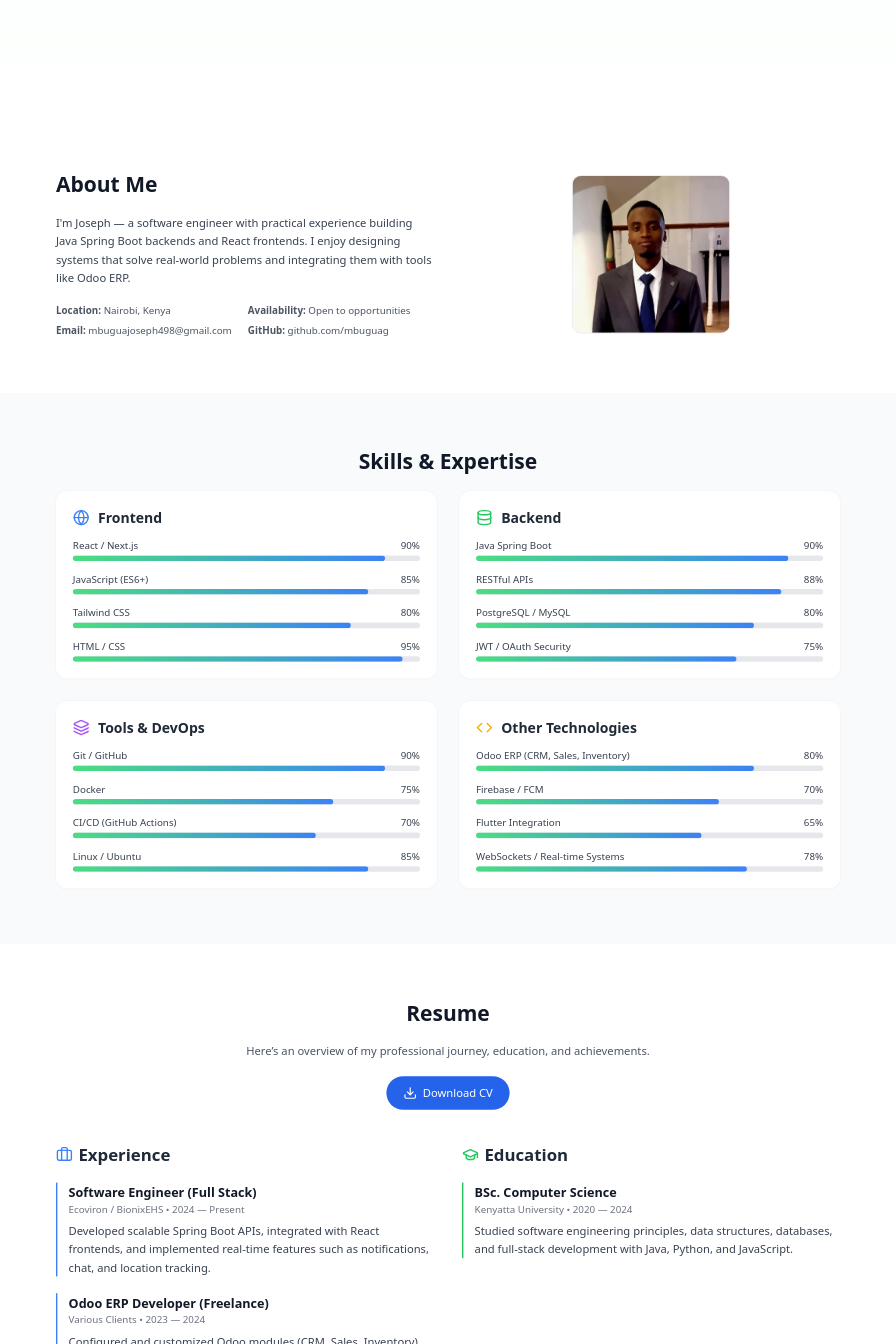
Repository: mbuguag/Portfolio
Page: /
The author's editor kept a copy of each file at every save. The page is drawn from the files as they stood at one save, then again after the next save.
The browser window is 1280 px wide. The pictures show the part of the page from y = 619 to 2539 px (the page is 4209 px tall before and 1572 px after), at 70% of full size.
The project was rebuilt for these pictures with package versions that can differ from the ones it lists, and the page was loaded fresh each time. Also part of the build but not shown: vite.config.js, src/pages/Resume.jsx.

Above is the page before, as saved 2025-10-24 12:09:39.

### index.html
<!doctype html>
<html lang="en">
  <head>
    <meta charset="UTF-8" />
    <link rel="icon" type="image/svg+xml" href="/vite.svg" />
    <meta name="viewport" content="width=device-width, initial-scale=1.0" />
    <title>dev-portfolio</title>
  </head>
  <body>
    <div id="root"></div>
    <script type="module" src="/src/main.jsx"></script>
  </body>
</html>

### src/main.jsx
import React from "react";
import ReactDOM from "react-dom/client";
import App from "./App";
import "./index.css";
import ThemeProvider from "./context/ThemeContext";

ReactDOM.createRoot(document.getElementById("root")).render(
  <React.StrictMode>
    <ThemeProvider>
      <App />
    </ThemeProvider>
  </React.StrictMode>
);

### src/App.jsx
import React from "react";
import Navbar from "./components/Navbar";
import Hero from "./components/Hero";
import About from "./components/About";
import Skills from "./components/Skills";
import Resume from "./components/Resume";
import Projects from "./components/Projects";
import Contact from "./components/Contact";
import Footer from "./components/Footer";

export default function App() {
  return (
    <div className="antialiased">
      <Navbar />
      <main className="pt-16">
        <Hero />
        <About />
        <Skills />
        <Resume />
        <Projects />
        <Contact />
      </main>
      <Footer />
    </div>
  );
}

### src/index.css
@tailwind base;
@tailwind components;
@tailwind utilities;

/* Global */
:root {
  scroll-behavior: smooth;
}

body {
  @apply bg-white text-gray-900 dark:bg-gray-900 dark:text-gray-100 font-sans;
}

/* container helper */
.container {
  @apply max-w-6xl mx-auto px-4;
}

/* small utility */
.section-title {
  @apply text-3xl font-semibold mb-6;
}

.card {
  @apply bg-white dark:bg-gray-800 rounded-xl shadow-sm overflow-hidden;
}

### src/context/ThemeContext.jsx
import React, { createContext, useEffect, useState } from "react";

export const ThemeContext = createContext();

export default function ThemeProvider({ children }) {
  const [theme, setTheme] = useState(() => localStorage.getItem("theme") || "light");

  useEffect(() => {
    document.documentElement.classList.toggle("dark", theme === "dark");
    localStorage.setItem("theme", theme);
  }, [theme]);

  const toggleTheme = () => setTheme((prev) => (prev === "light" ? "dark" : "light"));

  return (
    <ThemeContext.Provider value={{ theme, toggleTheme }}>
      {children}
    </ThemeContext.Provider>
  );
}

### src/components/Navbar.jsx
import React, { useContext } from "react";
import { ThemeContext } from "../context/ThemeContext";
import { Moon, Sun } from "lucide-react";

export default function Navbar() {
  const { theme, toggleTheme } = useContext(ThemeContext);

  return (
    <header className="fixed top-0 w-full bg-white/80 dark:bg-gray-900/80 backdrop-blur-md shadow-sm z-50">
      <nav className="container flex items-center justify-between py-4">
        <h1 className="text-xl font-bold text-green-600 dark:text-green-400">Joseph Mbugua</h1>

        <ul className="hidden md:flex gap-8 text-gray-700 dark:text-gray-200">
          {["Home", "About", "Skills", "Resume","Projects", "Contact"].map((item) => (
            <li key={item}>
              <a
                href={`#${item.toLowerCase()}`}
                className="hover:text-green-500 transition-colors duration-300"
              >
                {item}
              </a>
            </li>
          ))}
        </ul>

        {/* Toggle button */}
        <button
          onClick={toggleTheme}
          className="ml-6 p-2 rounded-full hover:bg-gray-200 dark:hover:bg-gray-800 transition"
        >
          {theme === "light" ? <Moon size={20} /> : <Sun size={20} />}
        </button>
      </nav>
    </header>
  );
}

### src/components/Hero.jsx
import React from "react";

export default function Hero() {
  return (
    <section id="home" className="min-h-screen flex items-center justify-center bg-gradient-to-b from-green-50 to-white dark:from-gray-900 dark:to-gray-800">
      <div className="text-center space-y-6 px-6">
        <h1 className="text-4xl md:text-6xl font-extrabold text-gray-900 dark:text-white">
          Hi, I’m <span className="text-green-600 dark:text-green-400">Joseph Mbugua</span>
        </h1>
        <p className="text-lg md:text-xl text-gray-600 dark:text-gray-300">
          Software Engineer | Java Spring Boot | React | Odoo ERP Integration
        </p>
        <div className="flex justify-center gap-4">
          <a
            href="#projects"
            className="bg-green-600 text-white px-6 py-3 rounded-lg shadow hover:bg-green-700 transition"
          >
            View My Work
          </a>
          <a
            href="#contact"
            className="border border-green-600 text-green-600 dark:text-green-400 px-6 py-3 rounded-lg hover:bg-green-600 hover:text-white transition"
          >
            Contact Me
          </a>
        </div>
      </div>
    </section>
  );
}

### src/components/About.jsx
import React from "react";

export default function About() {
  return (
    <section id="about" className="py-20">
      <div className="container grid md:grid-cols-2 gap-10 items-center">
        <div>
          <h2 className="section-title">About Me</h2>
          <p className="text-gray-700 dark:text-gray-300 leading-relaxed">
            I'm Joseph — a software engineer with practical experience building
            Java Spring Boot backends and React frontends.
            I enjoy designing systems that solve real-world problems and integrating
            them with tools like Odoo ERP.
          </p>

          <ul className="mt-6 grid grid-cols-2 gap-2 text-sm text-gray-600 dark:text-gray-400">
            <li><strong>Location:</strong> Nairobi, Kenya</li>
            <li><strong>Availability:</strong> Open to opportunities</li>
            <li><strong>Email:</strong> mbuguajoseph498@gmail.com</li>
            <li><strong>GitHub:</strong> github.com/mbuguag</li>
          </ul>
        </div>

        <div className="flex justify-center">
          <div className="w-56 h-56 rounded-xl overflow-hidden ring-1 ring-gray-200 dark:ring-gray-700">
            <img
              src="/Profile.jpg"
              alt="Joseph Mbugua"
              className="w-full h-full object-cover"
            />
          </div>
        </div>
      </div>
    </section>
  );
}

### src/components/Skills.jsx
import React from "react";
import { motion } from "framer-motion";
import { Code, Database, Globe, Layers } from "lucide-react";

const skillsData = [
  {
    category: "Frontend",
    icon: <Globe className="w-6 h-6 text-blue-500" />,
    skills: [
      { name: "React / Next.js", level: 90 },
      { name: "JavaScript (ES6+)", level: 85 },
      { name: "Tailwind CSS", level: 80 },
      { name: "HTML / CSS", level: 95 },
    ],
  },
  {
    category: "Backend",
    icon: <Database className="w-6 h-6 text-green-500" />,
    skills: [
      { name: "Java Spring Boot", level: 90 },
      { name: "RESTful APIs", level: 88 },
      { name: "PostgreSQL / MySQL", level: 80 },
      { name: "JWT / OAuth Security", level: 75 },
    ],
  },
  {
    category: "Tools & DevOps",
    icon: <Layers className="w-6 h-6 text-purple-500" />,
    skills: [
      { name: "Git / GitHub", level: 90 },
      { name: "Docker", level: 75 },
      { name: "CI/CD (GitHub Actions)", level: 70 },
      { name: "Linux / Ubuntu", level: 85 },
    ],
  },
  {
    category: "Other Technologies",
    icon: <Code className="w-6 h-6 text-yellow-500" />,
    skills: [
      { name: "Odoo ERP (CRM, Sales, Inventory)", level: 80 },
      { name: "Firebase / FCM", level: 70 },
      { name: "Flutter Integration", level: 65 },
      { name: "WebSockets / Real-time Systems", level: 78 },
    ],
  },
];

export default function Skills() {
  return (
    <section id="skills" className="py-20 bg-gray-50 dark:bg-gray-950 transition-colors">
      <div className="container">
        <motion.h2
          className="section-title text-center mb-12"
          initial={{ opacity: 0, y: 20 }}
          whileInView={{ opacity: 1, y: 0 }}
          transition={{ duration: 0.6 }}
          viewport={{ once: true }}
        >
          Skills & Expertise
        </motion.h2>

        <div className="grid md:grid-cols-2 lg:grid-cols-2 gap-8">
          {skillsData.map((group, i) => (
            <motion.div
              key={i}
              className="p-6 rounded-2xl bg-white dark:bg-gray-900 shadow-sm ring-1 ring-gray-100 dark:ring-gray-800"
              initial={{ opacity: 0, y: 40 }}
              whileInView={{ opacity: 1, y: 0 }}
              transition={{ duration: 0.6, delay: i * 0.1 }}
              viewport={{ once: true }}
            >
              <div className="flex items-center gap-3 mb-4">
                {group.icon}
                <h3 className="text-xl font-semibold text-gray-800 dark:text-gray-200">
                  {group.category}
                </h3>
              </div>

              <div className="space-y-4">
                {group.skills.map((skill, j) => (
                  <div key={j}>
                    <div className="flex justify-between mb-1 text-sm text-gray-700 dark:text-gray-300">
                      <span>{skill.name}</span>
                      <span>{skill.level}%</span>
                    </div>
                    <div className="h-2 w-full bg-gray-200 dark:bg-gray-800 rounded-full overflow-hidden">
                      <motion.div
                        className="h-full bg-gradient-to-r from-green-400 to-blue-500 rounded-full"
                        initial={{ width: 0 }}
                        whileInView={{ width: `${skill.level}%` }}
                        transition={{ duration: 1, ease: "easeOut" }}
                        viewport={{ once: true }}
                      />
                    </div>
                  </div>
                ))}
              </div>
            </motion.div>
          ))}
        </div>
      </div>
    </section>
  );
}

### src/components/Resume.jsx
import React from "react";
import { motion } from "framer-motion";
import { Briefcase, GraduationCap, Award, Download } from "lucide-react";

const experiences = [
  {
    role: "Software Engineer (Full Stack)",
    company: "Ecoviron / BionixEHS",
    period: "2024 — Present",
    description:
      "Developed scalable Spring Boot APIs, integrated with React frontends, and implemented real-time features such as notifications, chat, and location tracking.",
  },
  {
    role: "Odoo ERP Developer (Freelance)",
    company: "Various Clients",
    period: "2023 — 2024",
    description:
      "Configured and customized Odoo modules (CRM, Sales, Inventory), integrated REST APIs, and automated workflows for business efficiency.",
  },
];

const education = [
  {
    degree: "BSc. Computer Science",
    school: "Kenyatta University",
    period: "2020 — 2024",
    description:
      "Studied software engineering principles, data structures, databases, and full-stack development with Java, Python, and JavaScript.",
  },
];

const certifications = [
  {
    title: "Spring Boot & Microservices",
    issuer: "Udemy / Coursera",
    year: "2024",
  },
  {
    title: "Modern React & Next.js",
    issuer: "Frontend Masters",
    year: "2024",
  },
];

export default function Resume() {
  return (
    <section id="resume" className="py-20 bg-white dark:bg-gray-950 transition-colors">
      <div className="container">
        {/* Header */}
        <motion.div
          className="text-center mb-12"
          initial={{ opacity: 0, y: 20 }}
          whileInView={{ opacity: 1, y: 0 }}
          transition={{ duration: 0.6 }}
          viewport={{ once: true }}
        >
          <h2 className="section-title mb-4">Resume</h2>
          <p className="text-gray-600 dark:text-gray-400 max-w-2xl mx-auto">
            Here’s an overview of my professional journey, education, and achievements.
          </p>
          <a
            href="/Joseph_Mbugua_Gitau_Resume.pdf"
            download
            className="inline-flex items-center gap-2 mt-6 px-6 py-3 bg-blue-600 hover:bg-blue-700 text-white rounded-full transition-colors"
          >
            <Download className="w-5 h-5" />
            Download CV
          </a>
        </motion.div>

        {/* Experience */}
        <motion.div
          className="grid md:grid-cols-2 gap-10 mb-16"
          initial={{ opacity: 0 }}
          whileInView={{ opacity: 1 }}
          transition={{ staggerChildren: 0.2 }}
          viewport={{ once: true }}
        >
          <div>
            <h3 className="flex items-center gap-2 text-2xl font-semibold mb-6 text-gray-800 dark:text-gray-200">
              <Briefcase className="w-6 h-6 text-blue-500" />
              Experience
            </h3>
            <ul className="space-y-6">
              {experiences.map((exp, i) => (
                <motion.li
                  key={i}
                  className="border-l-2 border-blue-500 pl-4"
                  initial={{ opacity: 0, x: -20 }}
                  whileInView={{ opacity: 1, x: 0 }}
                  transition={{ duration: 0.5, delay: i * 0.1 }}
                  viewport={{ once: true }}
                >
                  <h4 className="font-semibold text-lg">{exp.role}</h4>
                  <p className="text-sm text-gray-500 dark:text-gray-400">
                    {exp.company} • {exp.period}
                  </p>
                  <p className="mt-2 text-gray-700 dark:text-gray-300 leading-relaxed">
                    {exp.description}
                  </p>
                </motion.li>
              ))}
            </ul>
          </div>

          {/* Education */}
          <div>
            <h3 className="flex items-center gap-2 text-2xl font-semibold mb-6 text-gray-800 dark:text-gray-200">
              <GraduationCap className="w-6 h-6 text-green-500" />
              Education
            </h3>
            <ul className="space-y-6">
              {education.map((edu, i) => (
                <motion.li
                  key={i}
                  className="border-l-2 border-green-500 pl-4"
                  initial={{ opacity: 0, x: 20 }}
                  whileInView={{ opacity: 1, x: 0 }}
                  transition={{ duration: 0.5, delay: i * 0.1 }}
                  viewport={{ once: true }}
                >
                  <h4 className="font-semibold text-lg">{edu.degree}</h4>
                  <p className="text-sm text-gray-500 dark:text-gray-400">
                    {edu.school} • {edu.period}
                  </p>
                  <p className="mt-2 text-gray-700 dark:text-gray-300 leading-relaxed">
                    {edu.description}
                  </p>
                </motion.li>
              ))}
            </ul>
          </div>
        </motion.div>

        {/* Certifications */}
        <motion.div
          initial={{ opacity: 0, y: 30 }}
          whileInView={{ opacity: 1, y: 0 }}
          transition={{ duration: 0.6 }}
          viewport={{ once: true }}
        >
          <h3 className="flex items-center gap-2 text-2xl font-semibold mb-6 text-gray-800 dark:text-gray-200">
            <Award className="w-6 h-6 text-yellow-500" />
            Certifications
          </h3>
          <div className="grid md:grid-cols-2 gap-6">
            {certifications.map((cert, i) => (
              <motion.div
                key={i}
                className="p-4 rounded-lg bg-gray-50 dark:bg-gray-900 ring-1 ring-gray-200 dark:ring-gray-800"
                whileHover={{ scale: 1.03 }}
              >
                <h4 className="font-semibold text-gray-800 dark:text-gray-100">
                  {cert.title}
                </h4>
                <p className="text-sm text-gray-500 dark:text-gray-400">
                  {cert.issuer} • {cert.year}
                </p>
              </motion.div>
            ))}
          </div>
        </motion.div>
      </div>
    </section>
  );
}

### src/components/Projects.jsx
const projects = [
  {
    title: "Ecoviron E-commerce",
    description: "An eco-products e-commerce platform built with HTML5, CSS , JavaScript & Spring Boot backend.",
    image: "/Bionix.png",
    link: "https://www.bionix-hse.co.ke",
  },
  {
    title: "Odoo ERP Customization",
    description: "Implemented Odoo modules for CRM, Sales, Inventory & HR for business automation.",
    image: "/Odoo.png",
    link: "#",
  },
];

export default function Projects() {
  return (
    <section id="projects" className="py-20 container">
      <h2 className="text-3xl font-bold mb-10 text-center">Projects</h2>
      <div className="grid md:grid-cols-2 gap-8">
        {projects.map((proj) => (
          <div key={proj.title} className="bg-white dark:bg-gray-800 rounded-xl shadow-lg overflow-hidden">
            <img src={proj.image} alt={proj.title} className="w-full h-56 object-cover" />
            <div className="p-6">
              <h3 className="text-2xl font-semibold mb-2">{proj.title}</h3>
              <p className="text-gray-600 dark:text-gray-300 mb-4">{proj.description}</p>
              <a href={proj.link} target="_blank" className="text-blue-600 hover:text-blue-800 dark:text-blue-400 dark:hover:text-blue-200">View Project →</a>
            </div>
          </div>
        ))}
      </div>
    </section>
  );
}

### src/components/Contact.jsx
import React, { useRef, useState } from "react";
import emailjs from "emailjs-com";
import Reveal from "./Reveal";

export default function Contact() {
  const form = useRef();
  const [sent, setSent] = useState(false);

  const sendEmail = (e) => {
    e.preventDefault();

    emailjs
      .sendForm(
        "YOUR_SERVICE_ID",
        "YOUR_TEMPLATE_ID",
        form.current,
        "YOUR_PUBLIC_KEY"
      )
      .then(
        () => setSent(true),
        (error) => console.error(error)
      );
  };

  return (
    <section id="contact" className="py-20 bg-gray-50 dark:bg-gray-900">
      <div className="container max-w-3xl text-center">
        <Reveal>
          <h2 className="section-title">Get In Touch</h2>
          <p className="text-gray-600 dark:text-gray-400 mb-8">
            Let’s connect! I’m open to collaborations, projects, and opportunities.
          </p>

          <form ref={form} onSubmit={sendEmail} className="space-y-4">
            <input
              name="user_name"
              type="text"
              placeholder="Your Name"
              required
              className="w-full p-3 rounded-lg border border-gray-300 dark:border-gray-700 bg-white dark:bg-gray-800"
            />
            <input
              name="user_email"
              type="email"
              placeholder="Your Email"
              required
              className="w-full p-3 rounded-lg border border-gray-300 dark:border-gray-700 bg-white dark:bg-gray-800"
            />
            <textarea
              name="message"
              rows="5"
              placeholder="Your Message"
              required
              className="w-full p-3 rounded-lg border border-gray-300 dark:border-gray-700 bg-white dark:bg-gray-800"
            ></textarea>
            <button
              type="submit"
              className="w-full bg-green-600 text-white py-3 rounded-lg hover:bg-green-700 transition"
            >
              {sent ? "Message Sent!" : "Send Message"}
            </button>
          </form>
        </Reveal>
      </div>
    </section>
  );
}

### src/components/Footer.jsx
export default function Footer() {
  return (
    <footer className="py-6 text-center text-gray-500 dark:text-gray-400 border-t border-gray-200 dark:border-gray-700">
      © {new Date().getFullYear()} Joseph Mbugua Gitau. All rights reserved.
    </footer>
  );
}

### src/components/Reveal.jsx
import React from "react";
import { motion } from "framer-motion";

export default function Reveal({ children, delay = 0 }) {
  return (
    <motion.div
      initial={{ opacity: 0, y: 50 }}
      whileInView={{ opacity: 1, y: 0 }}
      transition={{ duration: 0.6, delay }}
      viewport={{ once: true }}
    >
      {children}
    </motion.div>
  );
}

### src/pages/Home.jsx
import React from "react";
import Hero from "../components/Hero";
import Skills from "../components/Skills";

export default function Home() {
  return (
    <main>
      <Hero />
      <Skills />
    </main>
  );
}

Loaded but not shown: tailwind.config.js (common file); src/pages/About.jsx (no stored copy; drawn as an empty file); src/pages/Projects.jsx (no stored copy; drawn as an empty file); src/pages/Contact.jsx (no stored copy; drawn as an empty file)

After the next save:
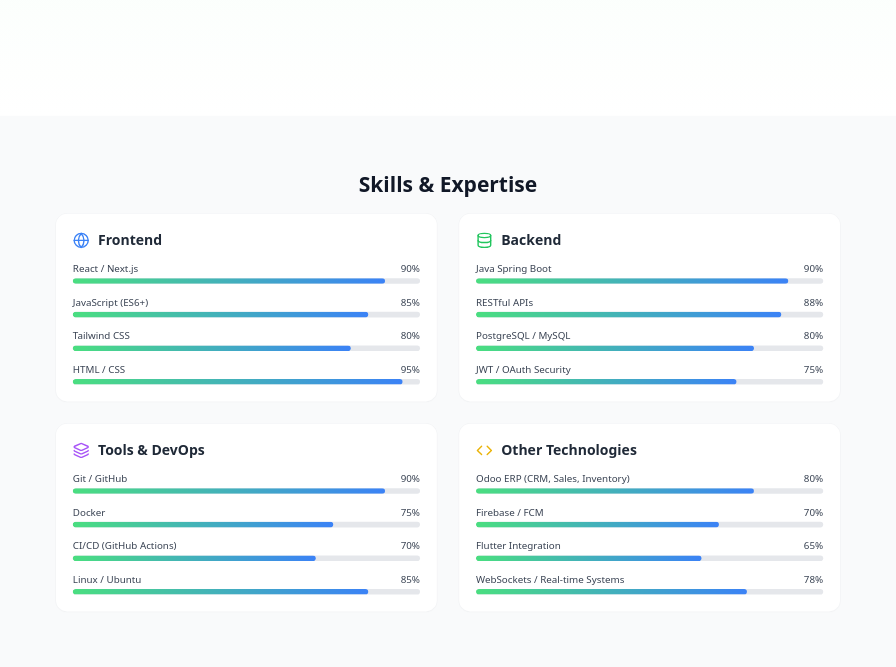
Saved 3 min 30 s later.
--- a/src/App.jsx
+++ b/src/App.jsx
@@ -1,26 +1,29 @@
-import React from "react";
+import { BrowserRouter as Router, Routes, Route } from "react-router-dom";
 import Navbar from "./components/Navbar";
-import Hero from "./components/Hero";
-import About from "./components/About";
-import Skills from "./components/Skills";
-import Resume from "./components/Resume";
-import Projects from "./components/Projects";
-import Contact from "./components/Contact";
-import Footer from "./components/Footer";
+import Home from "./pages/Home";
+import About from "./pages/About";
+import Resume from "./pages/Resume";
+import Projects from "./pages/Projects";
+import Contact from "./pages/Contact";
+import { AnimatePresence } from "framer-motion";
 
-export default function App() {
+function App() {
   return (
-    <div className="antialiased">
+    <Router>
       <Navbar />
-      <main className="pt-16">
-        <Hero />
-        <About />
-        <Skills />
-        <Resume />
-        <Projects />
-        <Contact />
-      </main>
-      <Footer />
-    </div>
+      <div className="pt-16">
+        <AnimatePresence mode="wait">
+          <Routes>
+            <Route path="/" element={<Home />} />
+            <Route path="/about" element={<About />} />
+            <Route path="/resume" element={<Resume />} />
+            <Route path="/projects" element={<Projects />} />
+            <Route path="/contact" element={<Contact />} />
+          </Routes>
+        </AnimatePresence>
+      </div>
+    </Router>
   );
 }
+
+export default App;
